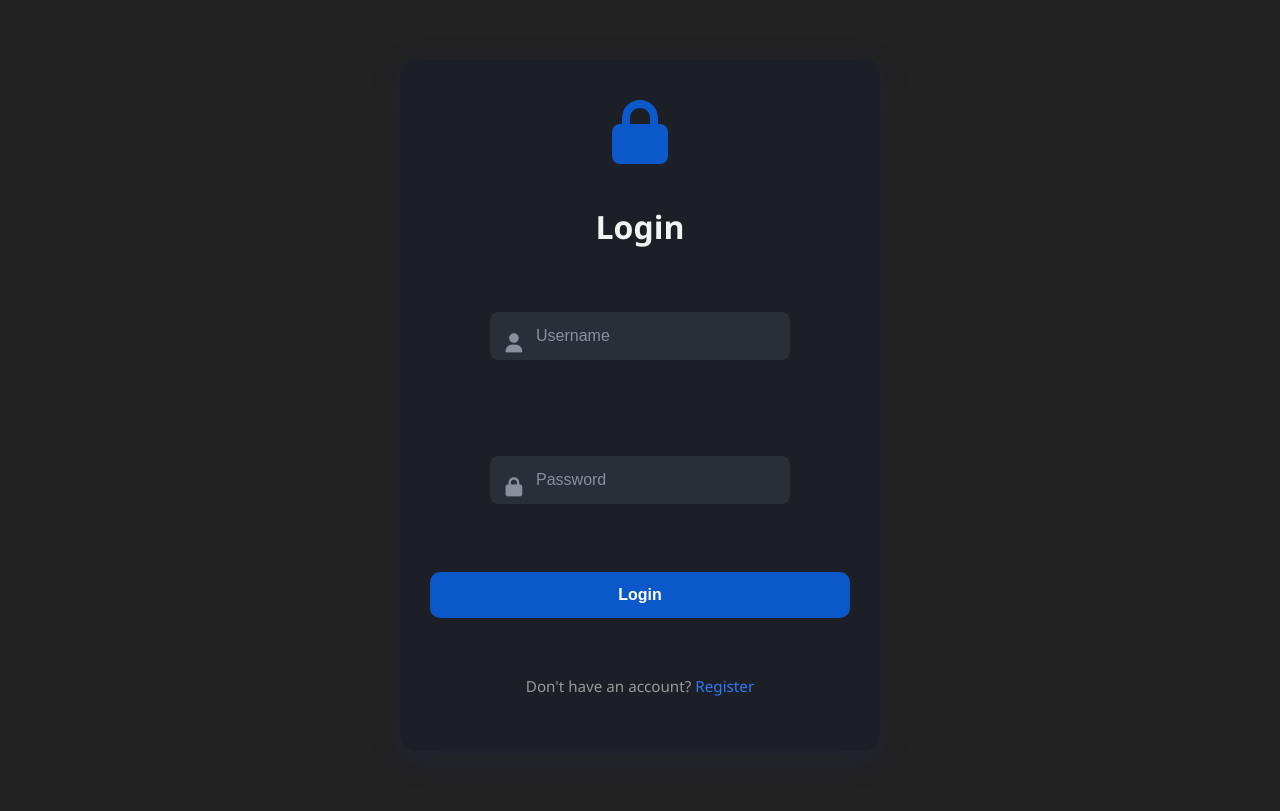
Repository: lowluds/auth-flask
Page: http://localhost/login
These files come from the project's save history. The page is drawn as it stood at one moment and after the next save; the edit follows.
The browser window is 1280 px wide. The pictures show the whole page.
The page is served by the project's application, run on Flask 3 (login.py).

Above is the page before, as saved 2025-07-10 22:49:37.

After the next save:
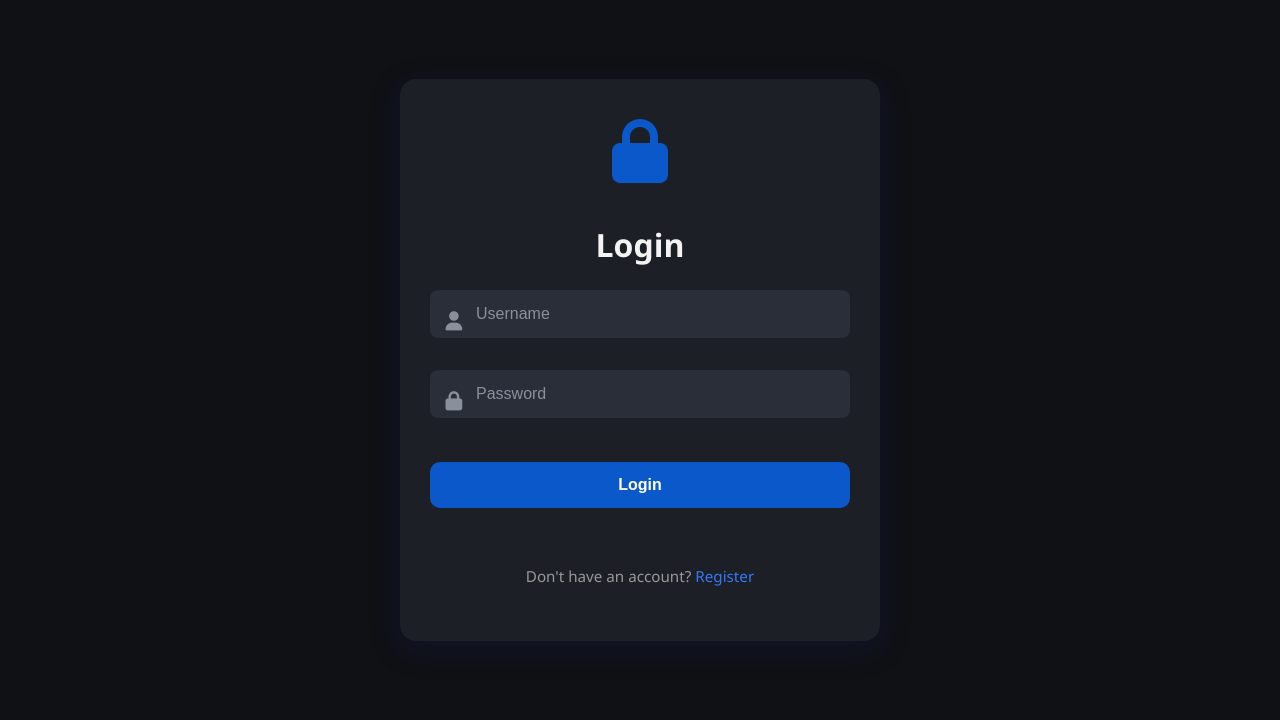
Saved 30 s later.
--- a/templates/login.html
+++ b/templates/login.html
@@ -7,37 +7,6 @@
     <link rel="stylesheet" href="{{ url_for('static', filename='register.css') }}">
     <link rel="stylesheet" href="{{ url_for('static', filename='error.css') }}">
     <link rel="stylesheet" href="https://cdnjs.cloudflare.com/ajax/libs/font-awesome/6.5.0/css/all.min.css">
-
-    <style>
-    body { background: #222; }
-    .input-group {
-      position: relative;
-      width: 300px;
-      margin: 40px auto;
-    }
-.input-group i {
-    position: absolute;
-    top: 50%;
-    left: 14px;
-    transform: translateY(-50%);
-    width: 20px;
-    color: #8a8f9c;
-    font-size: 1.2rem;
-    pointer-events: none;
-}
-    .input-group input {
-      padding: 14px 16px 14px 46px;
-      height: 48px;
-      border: none;
-      border-radius: 8px;
-      background-color: #2a2e39;
-      color: #f3f3f3;
-      font-size: 1rem;
-      width: 100%;
-      box-sizing: border-box;
-    }
-  </style>
-
 </head>
 
 <body>
